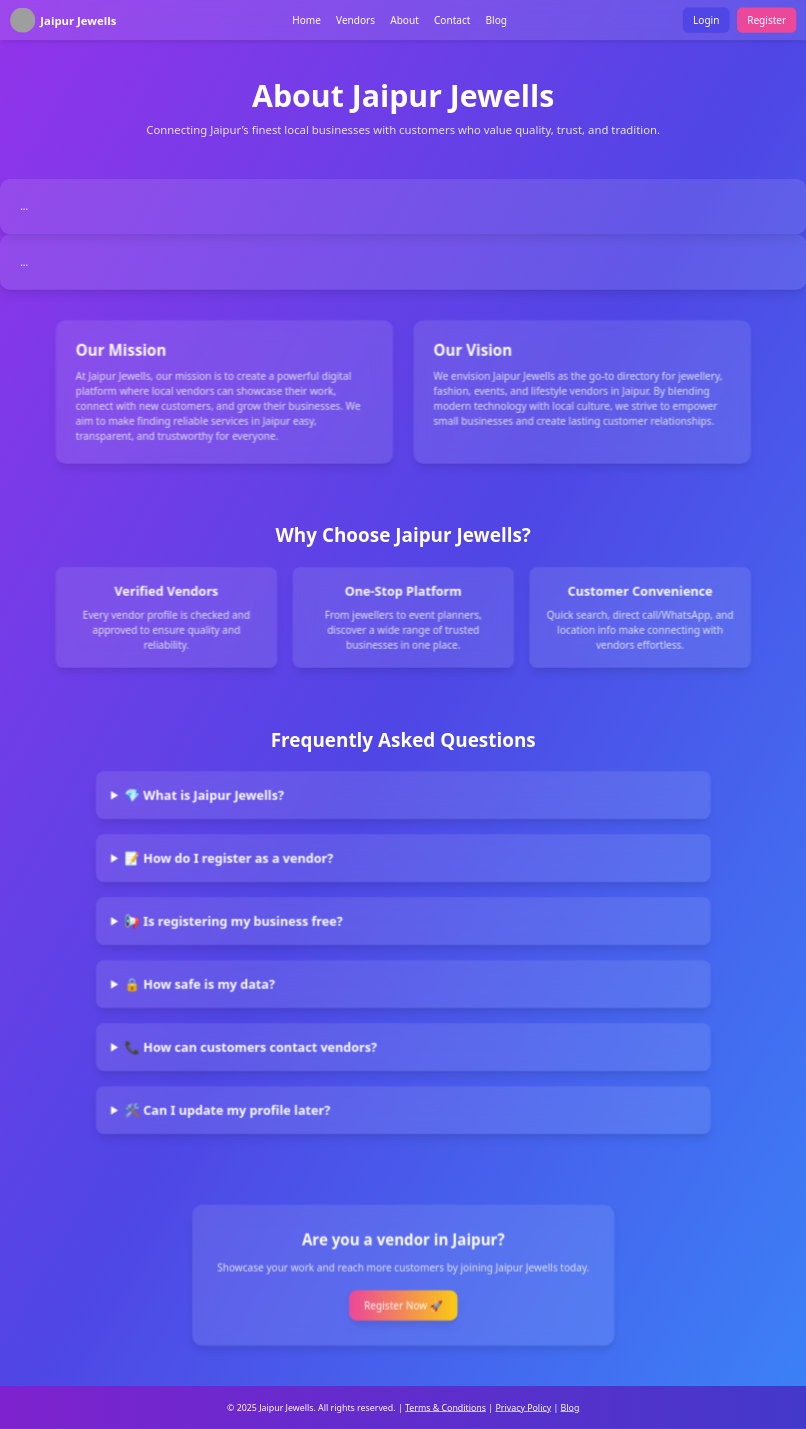
Repository: aayushtailor/VendorConnect
Page: about.html
These files come from the project's save history. The page is drawn as it stood at one moment and after the next save; the edit follows.
The browser window is 1280 px wide. The pictures show the whole page, at 63% of full size.
Pictures or frames that could not be fetched are drawn as grey boxes. Some web libraries are served in a nearby version.

Above is the page before, as saved 2025-09-20 12:26:37.

After the next save:
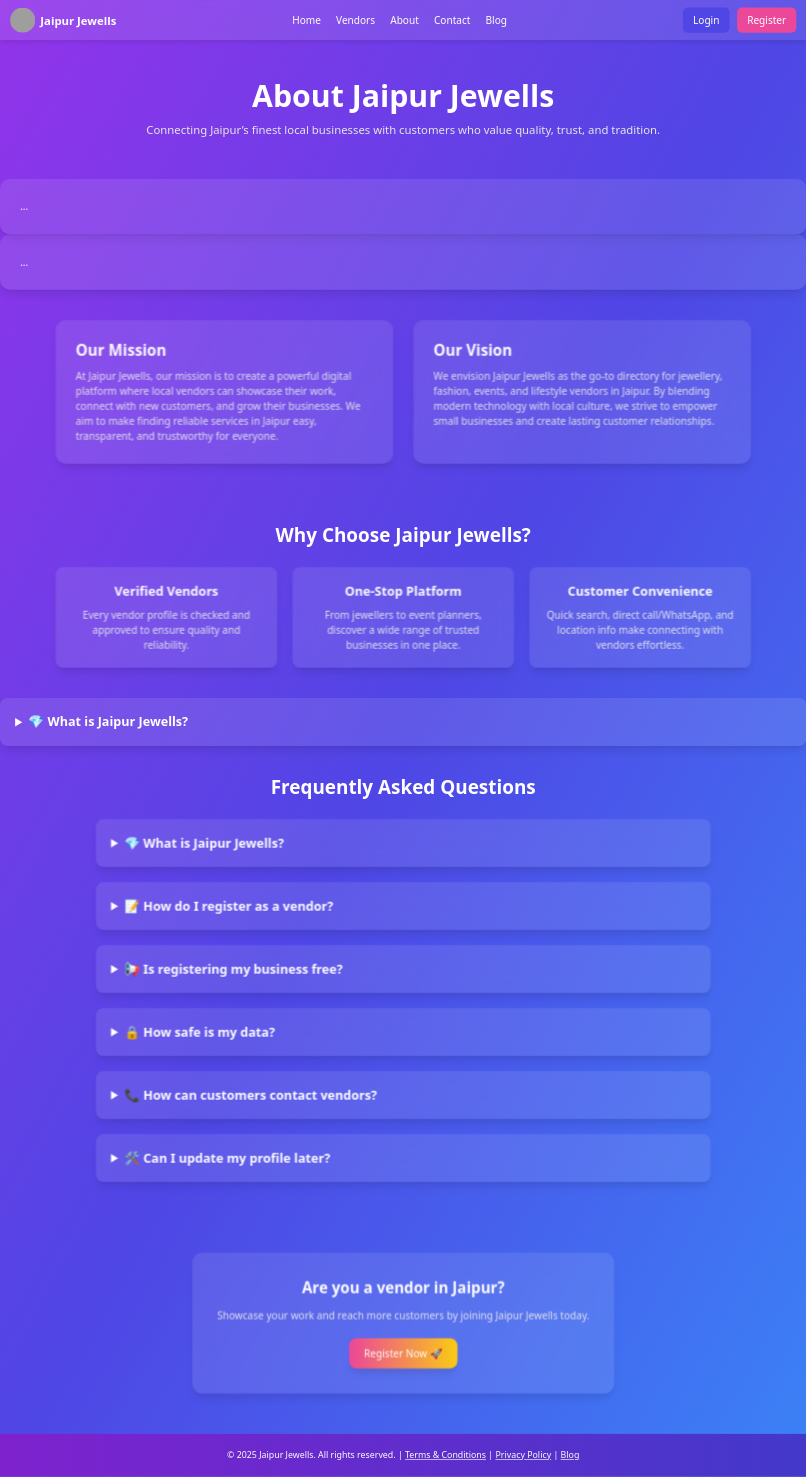
Saved 10 s later.
--- a/about.html
+++ b/about.html
@@ -106,6 +106,11 @@
   </section>
 
   <!-- FAQ Section -->
+   <details data-aos="fade-up" data-aos-delay="100" class="bg-white/10 rounded-xl p-6 shadow-lg">
+  <summary class="cursor-pointer text-xl font-semibold">💎 What is Jaipur Jewells?</summary>
+  <p class="mt-3 text-gray-200">...</p>
+</details>
+
   <section class="max-w-5xl mx-auto px-6 py-12">
     <h2 class="text-3xl font-bold text-center mb-8">Frequently Asked Questions</h2>
     <div class="space-y-6">

After the save that followed:
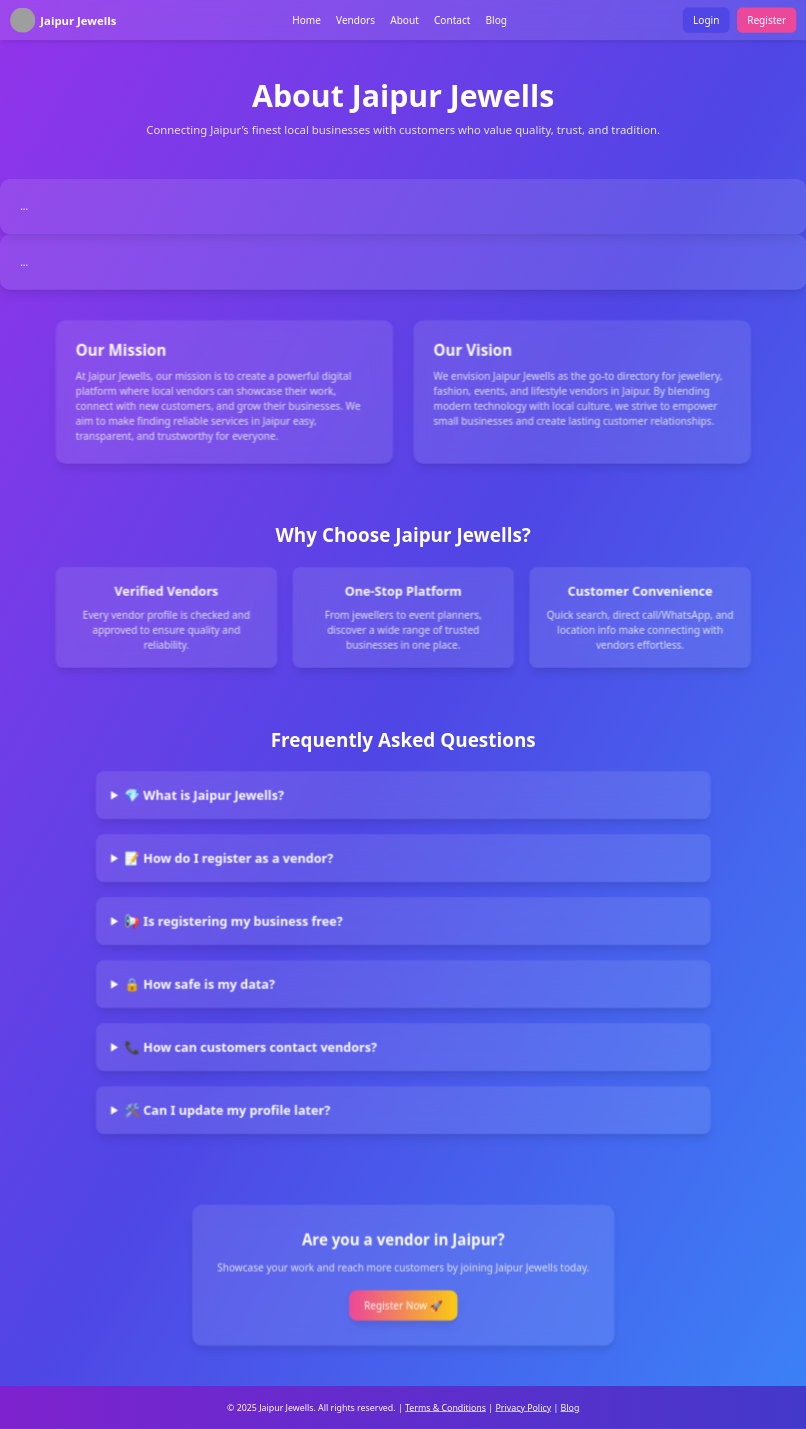
Saved 12 min 55 s later.
--- a/about.html
+++ b/about.html
@@ -106,10 +106,6 @@
   </section>
 
   <!-- FAQ Section -->
-   <details data-aos="fade-up" data-aos-delay="100" class="bg-white/10 rounded-xl p-6 shadow-lg">
-  <summary class="cursor-pointer text-xl font-semibold">💎 What is Jaipur Jewells?</summary>
-  <p class="mt-3 text-gray-200">...</p>
-</details>
 
   <section class="max-w-5xl mx-auto px-6 py-12">
     <h2 class="text-3xl font-bold text-center mb-8">Frequently Asked Questions</h2>
